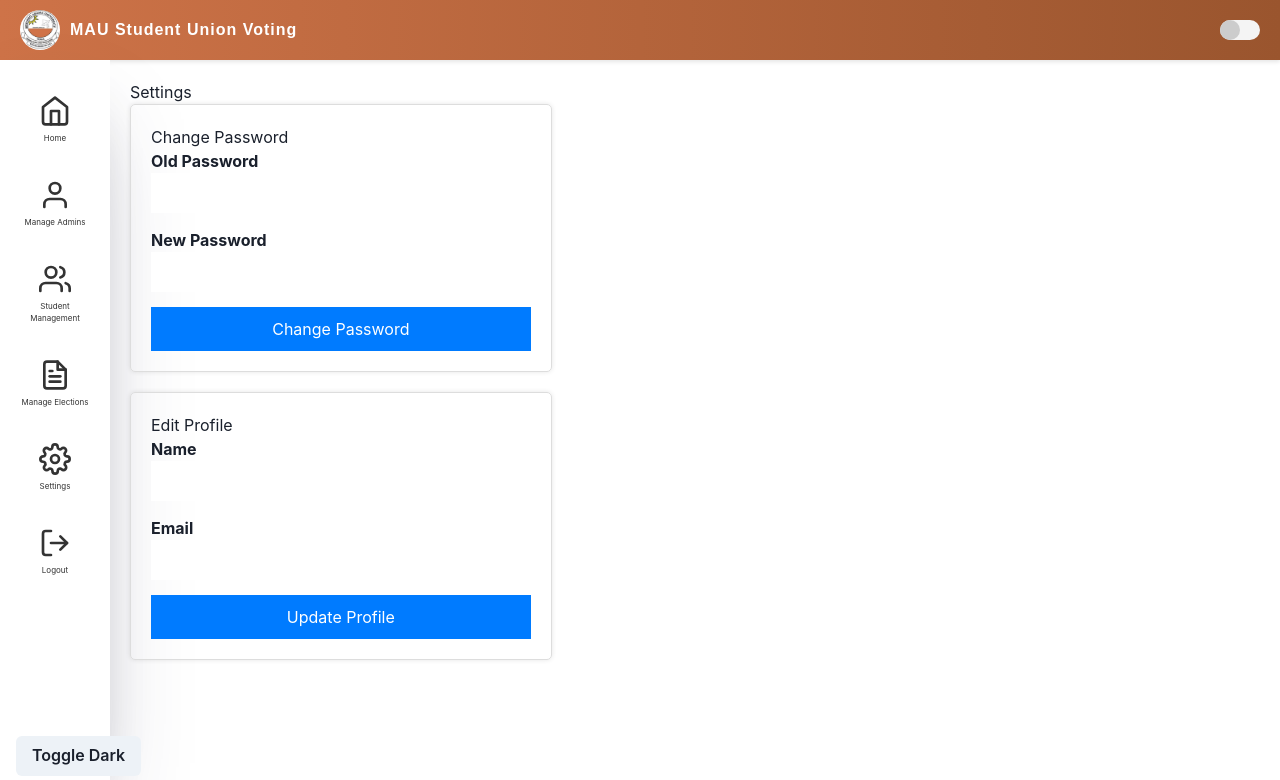
Repository: joena1o/e-vote
Page: /admin-dashboard/settings
An editor plug-in stored every save of this project. The page is shown before and after the next save, followed by the edit.
The browser window is 1280 px wide. The pictures show the whole page.
The project was rebuilt for these pictures with package versions that can differ from the ones it lists, and the page was loaded fresh each time. Also part of the build but not shown: src/components/EnhancedLogin.js, src/components/maincontent/RegisterStudents/ManageStudents.js, src/components/maincontent/RegisterStudents/RegisterStudents.js, src/components/maincontent/RegisterStudents/StudentManagement.js, src/components/maincontent/ElectionResults/ViewResults.js, src/api/index.js, src/components/maincontent/home/Home.styles.js, src/components/maincontent/home/Home.js and 6 more.

Above is the page before, as saved 2023-10-15 19:41:52.

### src/App.js
import React from 'react';
import { BrowserRouter as Router, Routes, Route, Navigate } from 'react-router-dom';
import EnhancedLogin from './components/EnhancedLogin';
import AdminDashboard from './components/AdminDashboard';
import { ChakraProvider, ColorModeProvider, Button, useColorMode } from '@chakra-ui/react';
import { Provider } from 'react-redux';
import store from './Redux/store';

// Component to toggle dark mode
function DarkModeToggle() {
  const { colorMode, toggleColorMode } = useColorMode();
  return (
    <Button onClick={toggleColorMode} position="fixed" m={4} zIndex={10}>
      Toggle {colorMode === 'light' ? 'Dark' : 'Light'}
    </Button>
  );
}

function App() {
  // Check if the current route is not the "/login" route, then render the DarkModeToggle
  const isLoginPage = window.location.pathname === '/login';

  return (
    <Provider store={store}>
      <ChakraProvider>
        <ColorModeProvider options={{ useSystemColorMode: true }}>
          <Router>
            <Routes>
              {/* Define your routes */}
              <Route path="/login" element={<EnhancedLogin />} />
              <Route path="/admin-dashboard/*" element={<AdminDashboard />} />
              {/* Redirect root to /admin-dashboard */}
              <Route path="/" element={<Navigate to="/admin-dashboard" replace />} />
            </Routes>
          </Router>
          {/* Render DarkModeToggle only if not on the "/login" page */}
          {!isLoginPage && <DarkModeToggle />}
        </ColorModeProvider>
      </ChakraProvider>
    </Provider>
  );
}

export default App;

### src/components/AdminDashboard.js
// AdminDashboard.js
import React from 'react';
import { Routes, Route } from 'react-router-dom';
import StudentManagement from './maincontent/RegisterStudents/StudentManagement';
import ViewResults from './maincontent/ElectionResults/ViewResults';
import Settings from './maincontent/Settings/Settings';
import Home from './maincontent/home/Home';
import ManageAdmin from './maincontent/ManageAdmins/ManageAdmins';
import ManageElections from './maincontent/ManageElections/ManageElections';
import Sidebar from './Sidebar';
import Navbar from './Navbar';
import styled from 'styled-components';

const Container = styled.div`
  display: flex;
  flex-direction: column;
  /* Add the following line to ensure Container fills the screen height */
  height: 100vh;
  width: 100%; /* Use 100% to fill the entire width of the screen */
`;


const Content = styled.div`
  display: flex;
  /* Add the following line to ensure Content fills the remaining screen space */
  flex: 1;
`;

const AdminDashboard = () => {
  return (
    <Container>
      <Navbar />
      <Content>
        <Sidebar />
        <Routes>
          <Route index element={<Home />} />
          <Route path="student-management" element={<StudentManagement />} />
          <Route path="view-results" element={<ViewResults />} />
          <Route path="settings" element={<Settings />} />
          <Route path="manage-admin" element={<ManageAdmin />} />
          <Route path="manage-elections" element={<ManageElections />} />
        </Routes>
      </Content>
    </Container>
  );
};

export default AdminDashboard;

### src/Redux/store.js
import { configureStore } from '@reduxjs/toolkit';
import electionReducer from './electionSlice';
import studentsReducer from './studentsSlice'; // Assuming you have a studentsSlice

const store = configureStore({
  reducer: {
    elections: electionReducer,
    students: studentsReducer, // Add the students reducer here
  },
});

export default store;

### src/components/maincontent/Settings/Settings.js
import React, { useState } from 'react';
import styled from 'styled-components';
import { toast, ToastContainer } from 'react-toastify';
import 'react-toastify/dist/ReactToastify.css';

const Container = styled.div`
  padding: 20px;
`;

const FormContainer = styled.div`
  margin-bottom: 20px;
  border: 1px solid #ddd;
  padding: 20px;
  border-radius: 5px;
  box-shadow: 0 0 5px rgba(0, 0, 0, 0.1);
`;

const Form = styled.form`
  display: flex;
  flex-direction: column;
`;

const FormGroup = styled.div`
  margin-bottom: 15px;
`;

const Label = styled.label`
  font-weight: bold;
  margin-bottom: 5px;
`;

const Input = styled.input`
  width: 100%;
  padding: 8px;
`;

const Button = styled.button`
  padding: 10px 15px;
  background-color: #007bff;
  color: #fff;
  border: none;
  cursor: pointer;
`;

const Settings = () => {
  const [oldPassword, setOldPassword] = useState('');
  const [newPassword, setNewPassword] = useState('');
  const [name, setName] = useState('');
  const [email, setEmail] = useState('');

  const validatePassword = (password) => {
    return password.length >= 6;
  };

  const validateEmail = (email) => {
    return /^[^\s@]+@[^\s@]+\.[^\s@]+$/.test(email);
  };

  const changePassword = (e) => {
    e.preventDefault();
    if (!validatePassword(newPassword)) {
      toast.error('New password must be at least 6 characters long');
      return;
    }
    // Mock success
    toast.success('Password changed successfully');
    setOldPassword('');
    setNewPassword('');
  };

  const updateProfile = (e) => {
    e.preventDefault();
    if (!validateEmail(email)) {
      toast.error('Please enter a valid email address');
      return;
    }
    // Mock success
    toast.success('Profile updated successfully');
  };

  return (
    <Container>
      <h1>Settings</h1>

      <FormContainer>
        <Form onSubmit={changePassword}>
          <h2>Change Password</h2>
          <FormGroup>
            <Label>Old Password</Label>
            <Input
              type="password"
              value={oldPassword}
              onChange={(e) => setOldPassword(e.target.value)}
              required
            />
          </FormGroup>
          <FormGroup>
            <Label>New Password</Label>
            <Input
              type="password"
              value={newPassword}
              onChange={(e) => setNewPassword(e.target.value)}
              required
            />
          </FormGroup>
          <Button type="submit">Change Password</Button>
        </Form>
      </FormContainer>

      <FormContainer>
        <Form onSubmit={updateProfile}>
          <h2>Edit Profile</h2>
          <FormGroup>
            <Label>Name</Label>
            <Input
              type="text"
              value={name}
              onChange={(e) => setName(e.target.value)}
              required
            />
          </FormGroup>
          <FormGroup>
            <Label>Email</Label>
            <Input
              type="email"
              value={email}
              onChange={(e) => setEmail(e.target.value)}
              required
            />
          </FormGroup>
          <Button type="submit">Update Profile</Button>
        </Form>
      </FormContainer>

      <ToastContainer />
    </Container>
  );
};

export default Settings;

### src/components/Sidebar.js
import React from 'react';
import styled from 'styled-components';
import { Link } from 'react-router-dom';
import { FiHome, FiUser, FiUsers, FiFileText, FiSettings, FiLogOut } from 'react-icons/fi';
import { useColorMode } from '@chakra-ui/react';

const SidebarContainer = styled.nav`
  background: ${props => (props.theme === 'dark' ? '#333' : 'white')};
  padding: 15px;
  height: 100vh;
  color: ${props => (props.theme === 'dark' ? '#fff' : '#333')};
  box-shadow: rgba(50, 50, 93, 0.25) 0px 50px 100px -20px, rgba(0, 0, 0, 0.3) 0px 30px 60px -30px;
  display: flex;
  flex-direction: column;
`;

const LinkList = styled.ul`
  list-style-type: none;
  padding: 0;
  flex: 1;
`;

const StyledLink = styled(Link)`
  text-decoration: none;
  color: ${props => (props.theme === 'dark' ? '#fff' : '#333')};
  display: flex;
  flex-direction: column;
  align-items: center;
  transition: color 0.3s ease;
  margin-bottom: 15px;
  cursor: pointer;
  font-size: 0.5rem;

  @media (max-width: 768px) {
    font-size: 0.4rem;
  }

  @media (max-width: 480px) {
    font-size: 0.3rem;
  }

  &:hover {
    color: #ce7348;
  }

  width: 80px;
  text-align: center;
  word-wrap: break-word;
  overflow-wrap: break-word;
`;

const LinkItem = styled.li`
  display: flex;
  align-items: center;
  margin-top: 20px;
`;

const Icon = styled.div`
  font-size: 2rem;

  @media (max-width: 768px) {
    font-size: 0.9rem;
  }

  @media (max-width: 480px) {
    font-size: 0.8rem;
  }

  margin-bottom: 5px;
`;

function Sidebar() {
  const { colorMode } = useColorMode();

  return (
    <SidebarContainer theme={colorMode}>
      <LinkList>
        <LinkItem>
          <StyledLink to="/admin-dashboard" theme={colorMode}>
            <Icon><FiHome /></Icon>
            Home
          </StyledLink>
        </LinkItem>
        <LinkItem>
          <StyledLink to="/admin-dashboard/manage-admin" theme={colorMode}>
            <Icon><FiUser /></Icon>
            Manage Admins
          </StyledLink>
        </LinkItem>
        <LinkItem>
          <StyledLink to="/admin-dashboard/student-management" theme={colorMode}>
            <Icon><FiUsers /></Icon>
            Student Management
          </StyledLink>
        </LinkItem>
        <LinkItem>
          <StyledLink to="/admin-dashboard/manage-elections" theme={colorMode}>
            <Icon><FiFileText /></Icon>
            Manage Elections
          </StyledLink>
        </LinkItem>
        <LinkItem>
          <StyledLink to="/admin-dashboard/settings" theme={colorMode}>
            <Icon><FiSettings /></Icon>
            Settings
          </StyledLink>
        </LinkItem>
        <LinkItem>
          <StyledLink to="/logout" theme={colorMode}>
            <Icon><FiLogOut /></Icon>
            Logout
          </StyledLink>
        </LinkItem>
      </LinkList>
    </SidebarContainer>
  );
}

export default Sidebar;

### src/components/Navbar.js
import React from 'react';
import styled, { createGlobalStyle } from 'styled-components';
import logo from '../assets/school_logo.jpg';
import { useColorMode } from '@chakra-ui/react';

const GlobalStyle = createGlobalStyle`
  body {
    background-color: ${props => (props.theme === 'dark' ? '#333' : '#fff')};
    color: ${props => (props.theme === 'dark' ? '#fff' : '#000')};
  }
`;

const Header = styled.header`
  background: linear-gradient(to right, #ce7348, #9a552e);
  color: white;
  padding: 10px 20px;
  display: flex;
  align-items: center;
  justify-content: flex-start;
  box-shadow: 0px 2px 4px rgba(0, 0, 0, 0.1);
  font-family: 'Poppins', sans-serif;
`;

const Logo = styled.img`
  width: 40px;
  height: 40px;
  border-radius: 20px;
  margin-right: 10px;
`;

const Title = styled.h1`
  margin: 0;
  padding: 0;
  font-size: 1rem;
  font-weight: 600;
  letter-spacing: 1px;
`;

const ToggleSlider = styled.label`
  display: flex;
  align-items: center;
  cursor: pointer;
  margin-left: auto;
`;

const SliderInput = styled.input.attrs({ type: 'checkbox' })`
  display: none;
`;

const Slider = styled.div`
  width: 40px;
  height: 20px;
  background-color: ${props => (props.theme === 'dark' ? '#333' : '#f4f4f4')};
  border-radius: 20px;
  position: relative;
  transition: background-color 0.3s ease;
  cursor: pointer;

  &::after {
    content: '';
    width: 20px;
    height: 20px;
    border-radius: 50%;
    background-color: ${props => (props.theme === 'dark' ? '#fff' : '#ccc')};
    position: absolute;
    top: 50%;
    transform: translateY(-50%);
    left: ${props => (props.theme === 'dark' ? '20px' : '0')};
    transition: left 0.3s ease;
  }
`;

function Navbar() {
  const { colorMode, toggleColorMode } = useColorMode(); // Use Chakra UI's useColorMode hook

  return (
    <>
      <GlobalStyle theme={colorMode} />
      <Header>
        <Logo src={logo} alt="University Logo" />
        <Title>MAU Student Union Voting</Title>
        <ToggleSlider>
          <SliderInput type="checkbox" onChange={toggleColorMode} />
          <Slider theme={colorMode} />
        </ToggleSlider>
      </Header>
    </>
  );
}

export default Navbar;

### src/Redux/electionSlice.js
/*import { createSlice, createAsyncThunk } from '@reduxjs/toolkit';
import { API, graphqlOperation } from 'aws-amplify';
import { createElection as createElectionAPI } from '../graphql/mutations';

export const createElection = createAsyncThunk(
  'elections/createElection',
  async (election, { rejectWithValue }) => {
    try {
      const result = await API.graphql(graphqlOperation(createElectionAPI, { input: election }));
      return result.data.createElection;
    } catch (error) {
      return rejectWithValue(error);
    }
  }
);

const electionSlice = createSlice({
  name: 'elections',
  initialState: [],
  reducers: {},
  extraReducers: (builder) => {
    builder.addCase(createElection.fulfilled, (state, action) => {
      state.push(action.payload);
    });
  },
});

export default electionSlice.reducer;
*/

### src/Redux/studentsSlice.js
import { createSlice } from '@reduxjs/toolkit';

export const studentsSlice = createSlice({
  name: 'students',
  initialState: [],
  reducers: {
    addStudents: (state, action) => {
      // Add students to the Redux store
      action.payload.forEach(student => {
        state.push(student);
      });
    },
  },
});

export const { addStudents } = studentsSlice.actions;

export default studentsSlice.reducer;

Loaded but not shown: public/index.html (common file); src/index.js (common file); src/index.css (common file); src/reportWebVitals.js (common file)

After the next save:
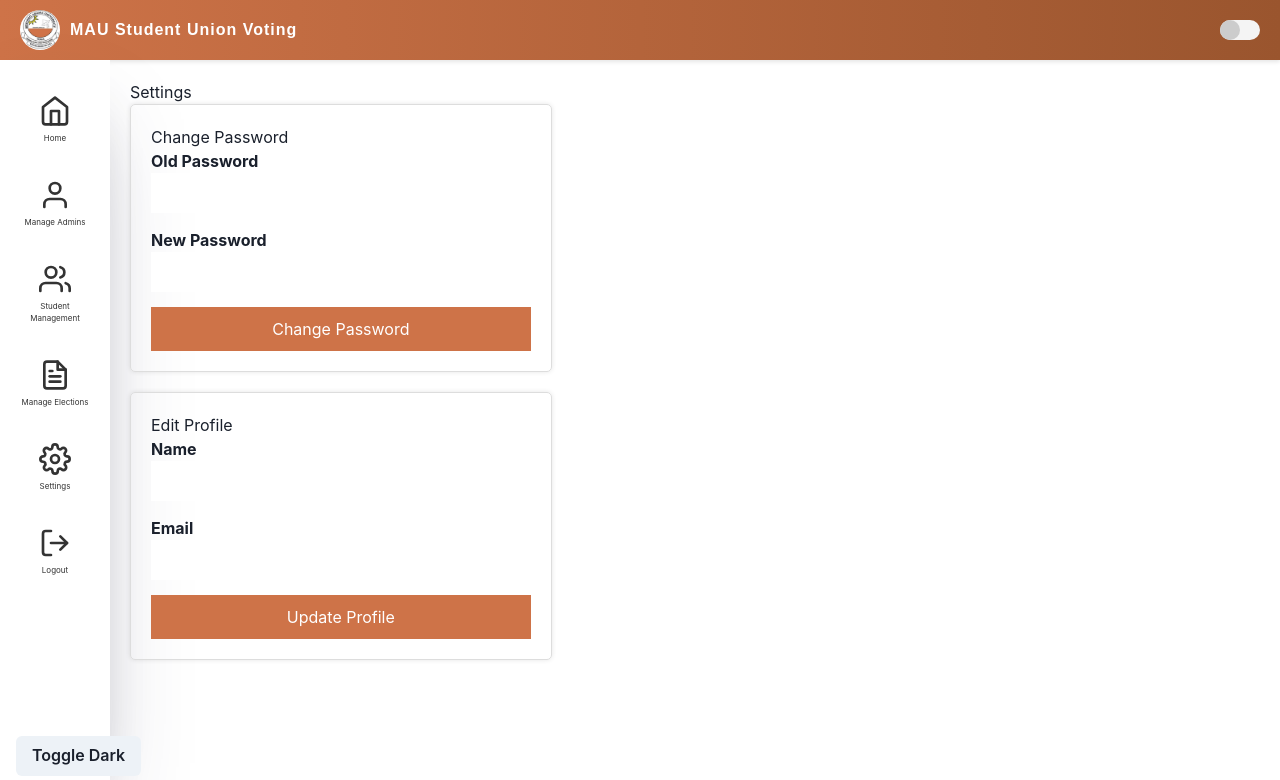
Saved 2 min 50 s later.
--- a/src/components/maincontent/Settings/Settings.js
+++ b/src/components/maincontent/Settings/Settings.js
@@ -36,11 +36,12 @@ const Input = styled.input`
 
 const Button = styled.button`
   padding: 10px 15px;
-  background-color: #007bff;
-  color: #fff;
+  background-color: #ce7348; /* Background color for the button */
+  color: #fff; /* Text color for the button */
   border: none;
   cursor: pointer;
 `;
+
 
 const Settings = () => {
   const [oldPassword, setOldPassword] = useState('');
